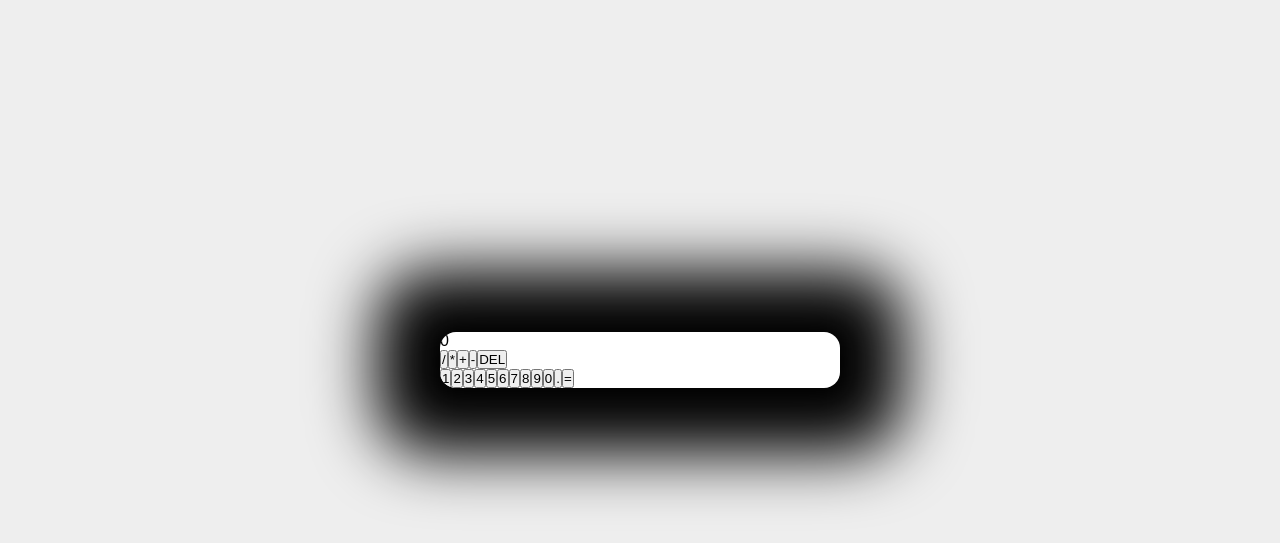
Repository: wakoya-tech/calculator-app
Page: /
These files come from the project's save history. The page is drawn as it stood at one moment and after the next save; the edit follows.
The browser window is 1280 px wide. The pictures show the whole page.
The project was rebuilt for these pictures with package versions that can differ from the ones it lists, and the page was loaded fresh each time. Also part of the build but not shown: vite.config.js.

Above is the page before, as saved 2025-10-16 23:10:42.

### src/main.jsx
import React from 'react'
import ReactDOM from 'react-dom/client'
import App from './App.jsx'
import './App.css'

ReactDOM.createRoot(document.getElementById('root')).render(
  <React.StrictMode>
    <App />
  </React.StrictMode>
)

### src/App.jsx
import './App.css';  // Not index.css!
function App() {
  const createDigits=()=>{
    const digits=[];
    for(let i=1; i<10;i++){
      digits.push(
        <button key={i}>{i}</button>
      )
    }
    return digits;
  }
  return (
    <div className="App">
     <div className="calculator">
      <div className="display">
        <span>{0}</span>
      </div>
      <div className="operators">
        <button>/</button>
        <button>*</button>
        <button>+</button>
        <button>-</button>
        <button>DEL</button>
      </div>
      <div className="digits">
        {createDigits() }
        <button>0</button>
        <button>.</button>
        <button>=</button>
      </div>
     </div>

    </div>
  )
}

export default App

### src/App.css
:root{
  --primary:#d71e5b;
  --secondary:#8c38ff;
  --dark:#131a26;
  --light:#eee;
}
*{
  margin: 0;
  padding: 0;
  box-sizing: border-box;
  font-family: 'Fira Sans', sans-serif;
}
body{
  background-color: var(--light);

}
.App{
  display: flex;
  min-height: 100vh;
  align-items: center;

  justify-content: center;
}
.calculator{
  width: 100%;
  max-width: 400px;
  background-color: #fff;
  border-radius: 16px;
  overflow: hidden;
  box-shadow: 0px 2px 64px 64px rgb(0, 0,0.2);
}

Loaded but not shown: index.html (common file)

After the next save:
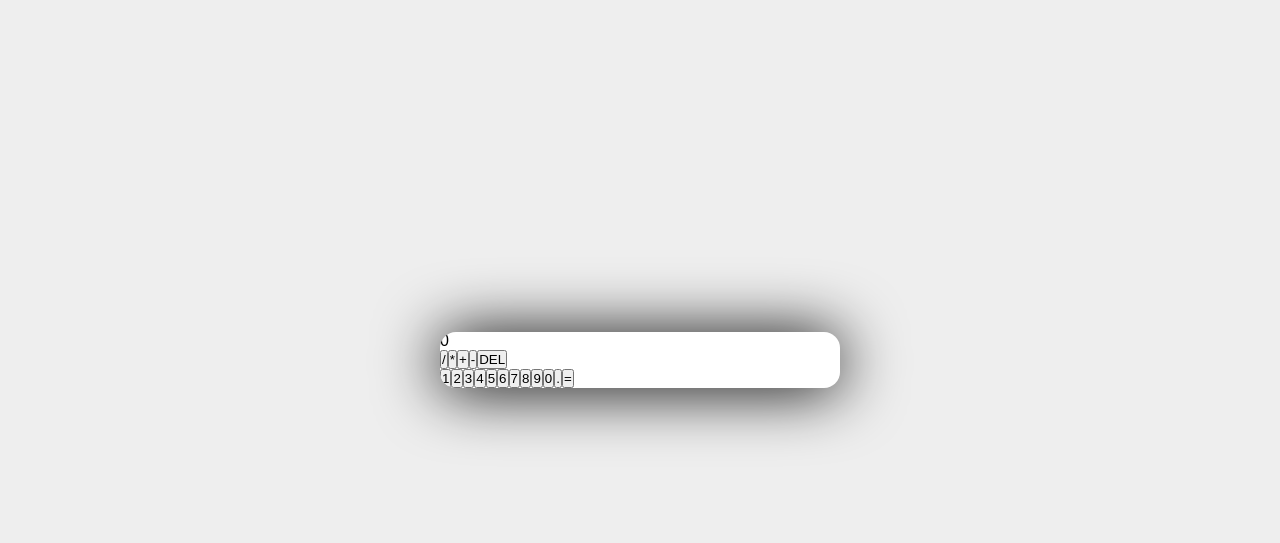
Saved 28 s later.
--- a/src/App.css
+++ b/src/App.css
@@ -27,5 +27,5 @@ body{
   background-color: #fff;
   border-radius: 16px;
   overflow: hidden;
-  box-shadow: 0px 2px 64px 64px rgb(0, 0,0.2);
+  box-shadow: 0px 2px 64px  rgb(0, 0,0.2);
 }
